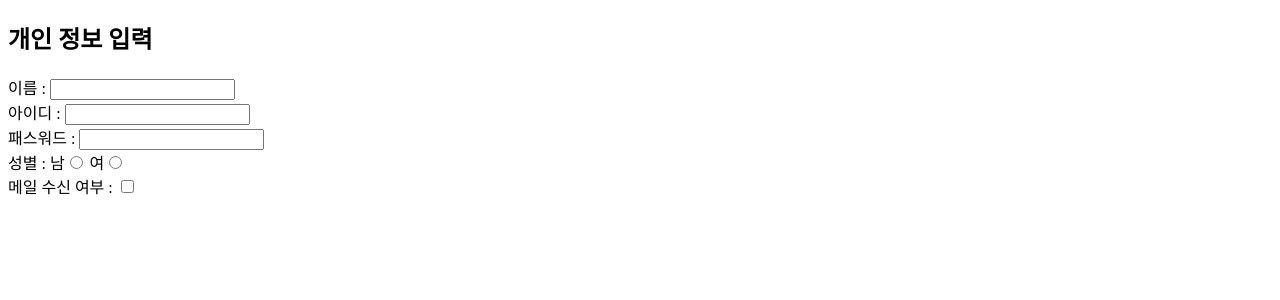
Repository: cdj6995/Web
Page: Lecture-Web/src/main/webapp/servlet/Pinfoinput.html
The author's editor kept a copy of each file at every save. The page is drawn from the files as they stood at one save, then again after the next save.
The browser window is 1280 px wide. The pictures show the whole page.

Above is the page before, as saved 2022-06-02 10:24:40.

### Lecture-Web/src/main/webapp/servlet/Pinfoinput.html
<!DOCTYPE html>
<html>
<head>
<meta charset="UTF-8">
<title>Insert title here</title>
</head>
<body>
	<h2>개인 정보 입력</h2>
	<form action="Lecture-Web/pinfoResult" method="get">
		이름 : <input type="text"> <br>
		아이디 : <input type="text"> <br>
		패스워드 : <input type="password"> <br>
		성별 : 남<input type="radio" name="gender" value="남">
			 여<input type="radio" name="gender" value="여"><br>
		메일 수신 여부 : <input type="checkbox" name="mail" value="">
	</form>
</body>
</html>

After the next save:
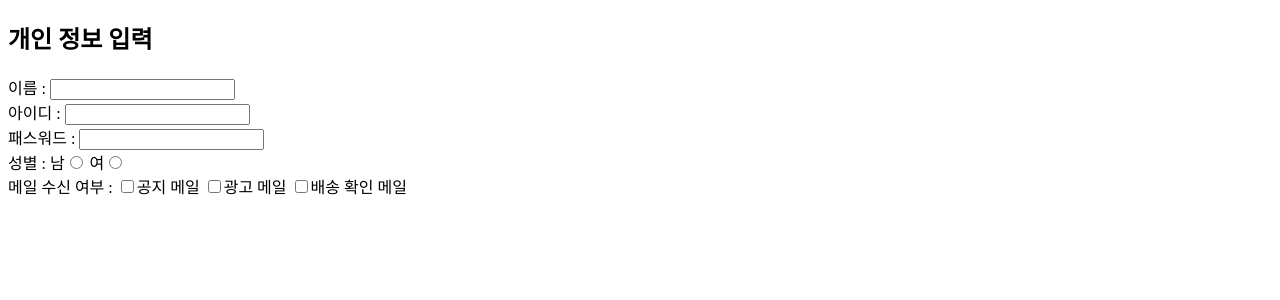
Saved 71 s later.
--- a/Lecture-Web/src/main/webapp/servlet/Pinfoinput.html
+++ b/Lecture-Web/src/main/webapp/servlet/Pinfoinput.html
@@ -12,7 +12,9 @@
 		패스워드 : <input type="password"> <br>
 		성별 : 남<input type="radio" name="gender" value="남">
 			 여<input type="radio" name="gender" value="여"><br>
-		메일 수신 여부 : <input type="checkbox" name="mail" value="">
+		메일 수신 여부 : <input type="checkbox" name="mail" value="공지 메일">공지 메일
+		<input type="checkbox" name="mail" value="공지 메일">광고 메일
+		<input type="checkbox" name="mail" value="공지 메일">배송 확인 메일
 	</form>
 </body>
 </html>
